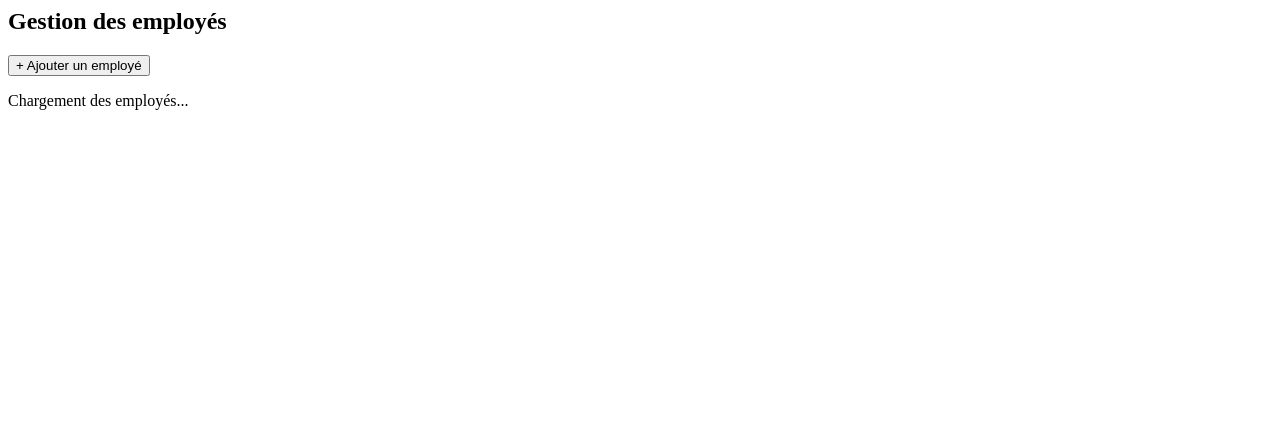
Repository: amosndayikeza-dev/Reviewa
Page: public/assets/html/manager/employees-content.html
The author's editor kept a copy of each file at every save. The page is drawn from the files as they stood at one save, then again after the next save.
The browser window is 1280 px wide. The pictures show the whole page.

Above is the page before, as saved 2026-06-01 14:16:46.

### public/assets/html/manager/employees-content.html
<div class="employees-container">
    <div class="page-header">
        <h2>Gestion des employés</h2>
        <button class="btn-add" onclick="showAddEmployeeModal()">+ Ajouter un employé</button>
    </div>
    <div id="employees-list">
        <p>Chargement des employés...</p>
    </div>
</div>
<script>
function loadEmployees() {
    if (typeof ManagerAPI !== 'undefined') {
        ManagerAPI.employees.list()
            .then(response => {
                if (response && response.success) {
                    const employees = response.data || [];
                    const container = document.getElementById('employees-list');
                    if (container) {
                        if (employees.length === 0) {
                            container.innerHTML = '<p>Aucun employé trouvé</p>';
                        } else {
                            container.innerHTML = employees.map(e => `
                                <div class="employee-card">
                                    <h4>${e.first_name || ''} ${e.last_name || ''}</h4>
                                    <p>Email: ${e.email || '—'}</p>
                                    <p>Téléphone: ${e.phone || '—'}</p>
                                    <p>Département: ${e.position || '—'}</p>
                                    <button class="btn-edit" onclick="editEmployee(${e.id})">Modifier</button>
                                    <button class="btn-delete" onclick="deleteEmployee(${e.id})">Supprimer</button>
                                </div>
                            `).join('');
                        }
                    }
                }
            })
            .catch(error => {
                console.error('Erreur chargement employés:', error);
            });
    }
}
loadEmployees();
</script>

After the next save:
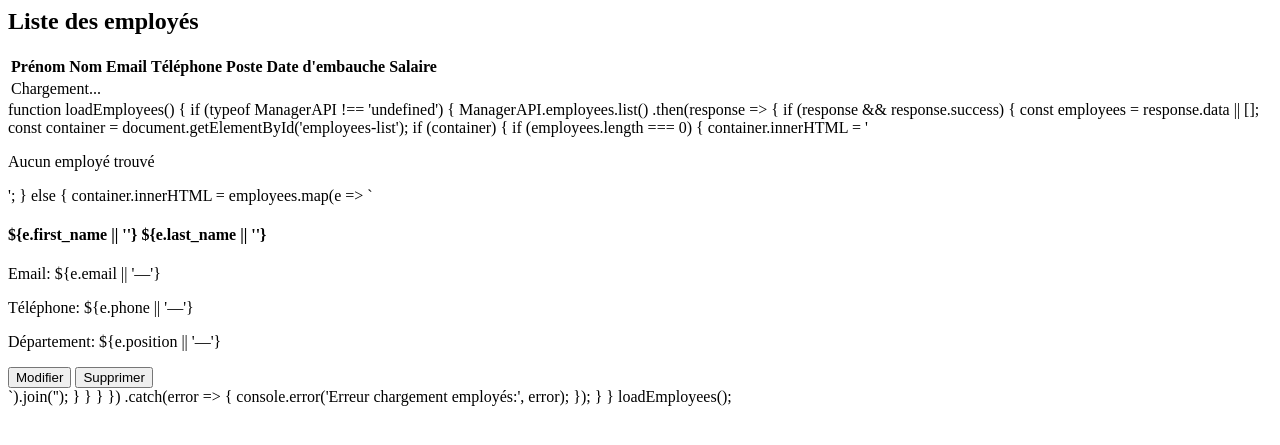
Console error (its wording comes from the project's code and is left out).
Saved 6 min 20 s later.
--- a/public/assets/html/manager/employees-content.html
+++ b/public/assets/html/manager/employees-content.html
@@ -1,13 +1,24 @@
 <div class="employees-container">
-    <div class="page-header">
-        <h2>Gestion des employés</h2>
-        <button class="btn-add" onclick="showAddEmployeeModal()">+ Ajouter un employé</button>
-    </div>
-    <div id="employees-list">
-        <p>Chargement des employés...</p>
+    <h2>Liste des employés</h2>
+    <div class="table-responsive">
+        <table class="tft-table" id="employees-table">
+            <thead>
+                <tr>
+                    <th>Prénom</th>
+                    <th>Nom</th>
+                    <th>Email</th>
+                    <th>Téléphone</th>
+                    <th>Poste</th>
+                    <th>Date d'embauche</th>
+                    <th>Salaire</th>
+                </tr>
+            </thead>
+            <tbody id="employees-table-body">
+                <tr><td colspan="7" class="mgr-empty-hint">Chargement...</td></tr>
+            </tbody>
+        </table>
     </div>
 </div>
-<script>
 function loadEmployees() {
     if (typeof ManagerAPI !== 'undefined') {
         ManagerAPI.employees.list()

After the 2 saves that followed:
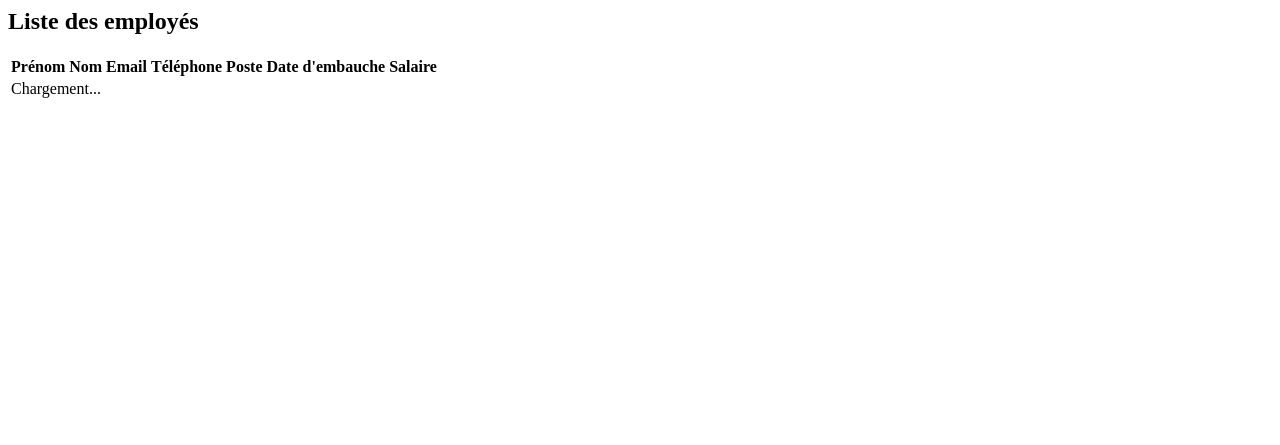
The error is gone.
The 2 saves are shown as one change because they came seconds apart.
The last was saved 15 s later.
--- a/public/assets/html/manager/employees-content.html
+++ b/public/assets/html/manager/employees-content.html
@@ -19,6 +19,7 @@
         </table>
     </div>
 </div>
+<script>
 function loadEmployees() {
     if (typeof ManagerAPI !== 'undefined') {
         ManagerAPI.employees.list()
